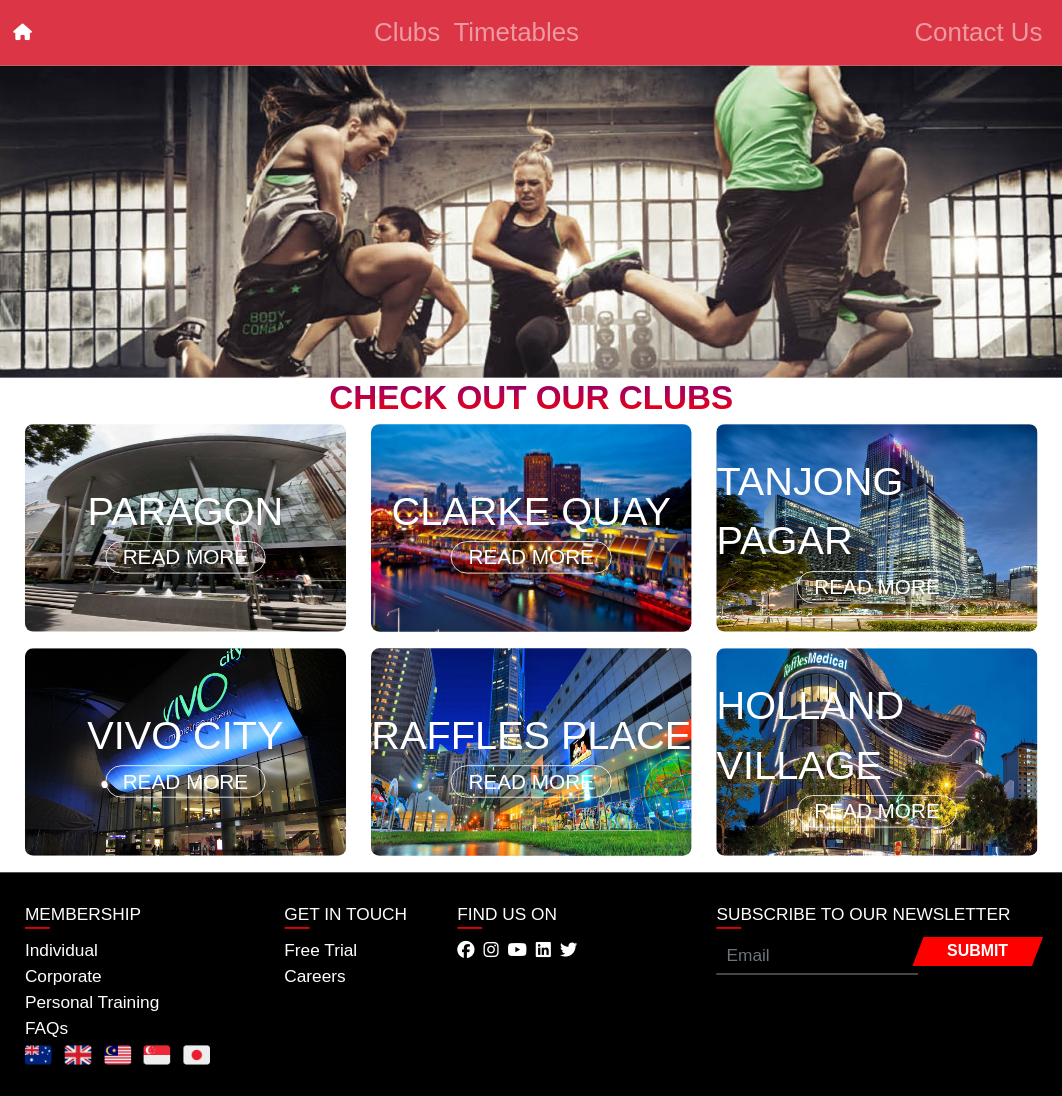
Repository: KJY93/User_Centric_Frontend_Development_Project
Page: clubs.html
The author's editor kept a record of every edit. The page is drawn from the files as they stood at one moment, then again after the next edit.
The browser window is 1280 px wide. The pictures show the whole page, at 83% of full size.
Some web fonts or font styles are not loaded; a fallback is used. Some web libraries are served in a nearby version.

Above is the page before.

After the next edit:
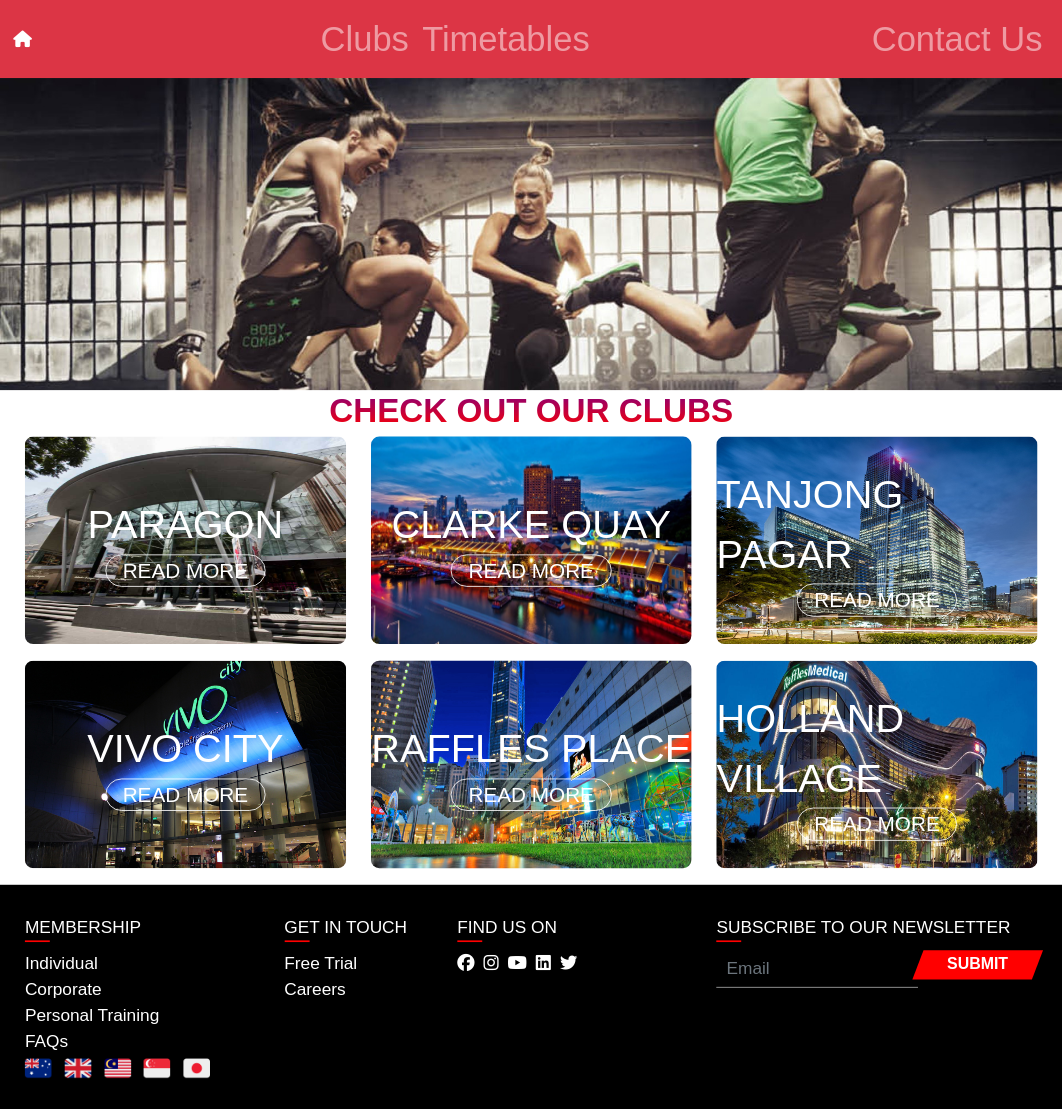
The edit:
--- a/static/styles.css
+++ b/static/styles.css
@@ -18,7 +18,7 @@
 }
 
 .nav-link {
-	font-size: 1.5em;
+	font-size: 2.0em;
 }
 
 body.home a.home, body.articles a.articles, body.blog a.blog {

After the 2 edits that followed:
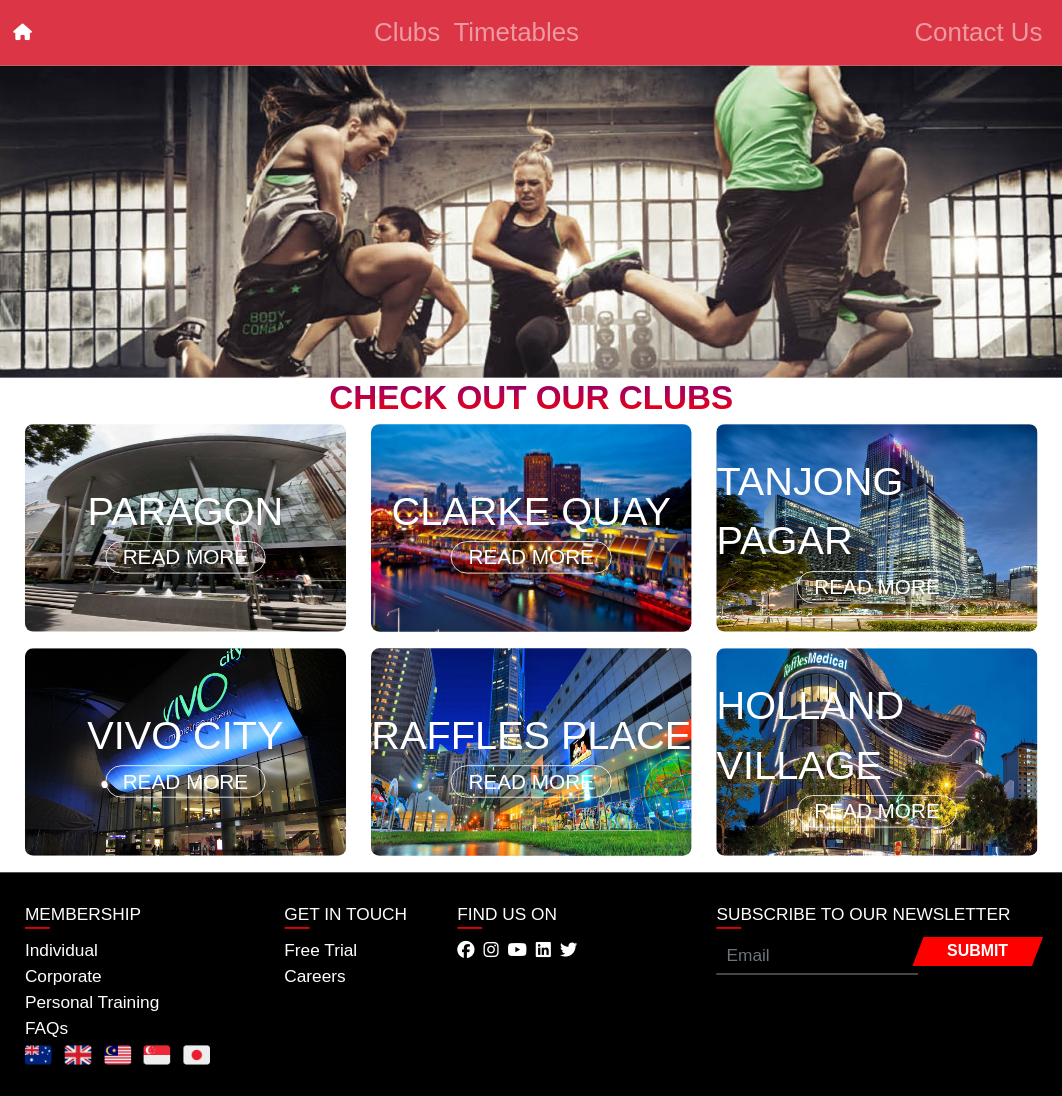
The 2 edits are shown as one change because 1 left the picture as it was.
The edit:
--- a/static/styles.css
+++ b/static/styles.css
@@ -10,15 +10,12 @@
 	text-decoration: none;
 }
 
-.activelink {
-
-	background: -webkit-linear-gradient(top, #fee5ac, #ffa824);
-	-webkit-background-clip: text;
-	-webkit-text-fill-color: transparent;
+.activelink a {
+	color: #000000;
 }
 
 .nav-link {
-	font-size: 2.0em;
+	font-size: 1.5em;
 }
 
 body.home a.home, body.articles a.articles, body.blog a.blog {
